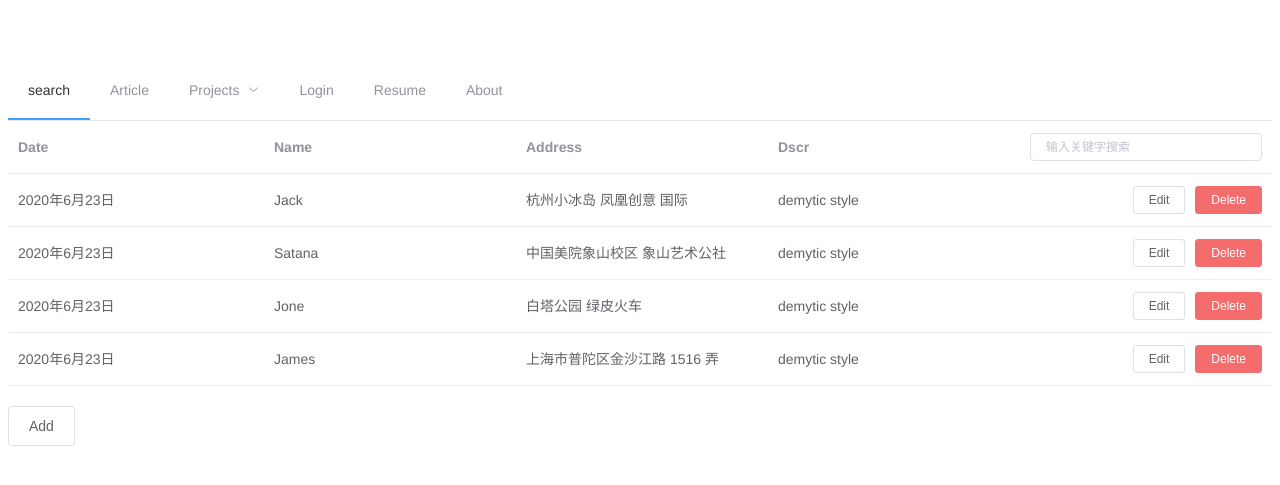
Repository: Cessiia/mihayo-html
Page: /
These files come from the project's save history. The page is drawn as it stood at one moment and after the next save; the edit follows.
The browser window is 1280 px wide. The pictures show the whole page.
The project was rebuilt for these pictures with package versions that can differ from the ones it lists, and the page was loaded fresh each time. Also part of the build but not shown: src/components/Home.vue, src/components/FirstPage.vue, src/components/SecondPage.vue, src/components/HomeComponents/FirstPart.vue, src/components/HomeComponents/SecondPart.vue.

Above is the page before, as saved 2021-04-12 17:14:24.

### src/main.js
// The Vue build version to load with the `import` command
// (runtime-only or standalone) has been set in webpack.base.conf with an alias.
import Vue from "vue";
import App from "./App";
import router from "./router";
import ElementUI from "element-ui"; //New Added
import "element-ui/lib/theme-chalk/index.css"; //New Added

Vue.config.productionTip = false;
Vue.use(ElementUI); //New Added

/* eslint-disable no-new */
new Vue({
  el: "#app",
  router,
  components: { App },
  template: "<App/>"
});

### src/App.vue
<template>
  <div id="app">
    <mynavbar></mynavbar>
    <router-view />
  </div>
</template>

<script>
import mynavbar from "./components/AppComponents/Navbar.vue";
export default {
  name: "App",
  components: {
    mynavbar
  }
};
</script>

<style>
#app {
  font-family: "Avenir", Helvetica, Arial, sans-serif;
  -webkit-font-smoothing: antialiased;
  -moz-osx-font-smoothing: grayscale;
  text-align: center;
  color: #2c3e50;
  margin-top: 60px;
}
</style>

### src/router/index.js
import Vue from 'vue'
import Router from 'vue-router'
import HelloWorld from '@/components/HelloWorld'
import Home from '@/components/Home'
import FirstPage from '@/components/FirstPage'
import SecondPage from '@/components/SecondPage'
import FirstPart from '@/components/HomeComponents/FirstPart'
import SecondPart from '@/components/HomeComponents/SecondPart'

Vue.use(Router)

export default new Router({
  routes: [
    {
      path: '/',
      name: 'HelloWorld',
      component: HelloWorld
    },
    {
      path: '/Home',
      name: 'Home',
      component: Home,
      children: [
        {
        path: '/',
        name: 'FirstPart',
        component: FirstPart
        },
        {
        path: 'SecondPart',
        name: 'SecondPart',
        component: SecondPart
        }
        ]
    },
    {
      path: '/FirstPage',
      name: 'FirstPage',
      component: FirstPage
    },
    {
      path: '/SecondPage',
      name: 'SecondPage',
      component: SecondPage
    }
  ]
})

### src/components/AppComponents/Navbar.vue
<template>
  <div>
    <el-menu
      theme="dark"
      :default-active="activeIndex"
      class="el-menu-demo"
      mode="horizontal"
      @select="handleSelect"
    >
      <el-menu-item index="1">search</el-menu-item>
      <el-menu-item index="2">Article</el-menu-item>
      <el-submenu index="3">
        <template slot="title">Projects</template>
        <el-menu-item index="3-1">Shiny</el-menu-item>
        <el-menu-item index="3-2">LearnVue</el-menu-item>
        <el-menu-item index="4-3">OtherProject</el-menu-item>
      </el-submenu>
      <el-menu-item index="4">Login</el-menu-item>
      <el-menu-item index="5">Resume</el-menu-item>
      <el-menu-item index="6">About</el-menu-item>
    </el-menu>
  </div>
</template>
<script>
export default {
  data() {
    return {
      activeIndex: "1",
      activeIndex2: "1"
    };
  },
  methods: {
    handleSelect(key, keyPath) {
      console.log(key, keyPath);
    }
  }
};
</script>

### src/components/HelloWorld.vue
<template>
  <div>
    <el-table
      :data="tableData.filter(data => !search || data.name.toLowerCase().includes(search.toLowerCase()))"
      style="width: 100%"
    >
      <el-table-column label="Date" prop="date">
        <template slot-scope="scope">
          <!-- <el-date-picker v-model="scope.row.date" type="datetime" placeholder="选择日期时间"></el-date-picker> -->
          {{fomatDate(scope.row.date)}}
        </template>
      </el-table-column>
      <el-table-column label="Name" prop="name"></el-table-column>
      <el-table-column label="Address" prop="address"></el-table-column>
      <el-table-column label="Dscr" prop="desr"></el-table-column>
      <el-table-column align="right">
        <template slot="header">
          <el-input v-model="search" size="mini" placeholder="输入关键字搜索" />
        </template>
        <template slot-scope="scope">
          <el-button size="mini" @click="handleEdit(scope.$index, scope.row)">Edit</el-button>
          <el-button size="mini" type="danger" @click="handleDelete(scope.$index, scope.row)">Delete</el-button>
        </template>
      </el-table-column>
    </el-table>
    <div>
      <el-dialog :visible.sync="showDialog">
        <el-form :model="stu" label-width="100px" style="width:350px">
          <el-form-item label="Date">
            <el-date-picker v-model="stu.date" type="datetime" placeholder="select date please"></el-date-picker>
          </el-form-item>
          <el-form-item label="Name">
            <el-input v-model="stu.name"></el-input>
          </el-form-item>
          <el-form-item label="Address">
            <el-input v-model="stu.address"></el-input>
          </el-form-item>
          <el-form-item label="Dscr">
            <el-input v-model="stu.desr"></el-input>
          </el-form-item>
        </el-form>
        <span slot="footer" class="dialog-footer">
          <el-button @click="isShowDialog()">cancle</el-button>
          <el-button v-show="!isEdit" type="primary" @click="editStu()">submit</el-button>
          <el-button v-show="isEdit" type="primary" @click="addStu()">submit</el-button>
        </span>
      </el-dialog>
    </div>
    <div style="margin-top: 20px" align="left">
      <el-button @click="handleAdd()">Add</el-button>
    </div>
  </div>
</template>

<script>
export default {
  data() {
    return {
      showDialog: false,
      isEdit: false,
      index: 0,
      stu: {
        date: null,
        name: "",
        address: "",
        desr: ""
      },
      tableData: [
        {
          date: 1592896086587,
          name: "Jack",
          address: "杭州小冰岛 凤凰创意 国际",
          desr: "demytic style"
        },
        {
          date: 1592896086587,
          name: "Satana",
          address: "中国美院象山校区 象山艺术公社",
          desr: "demytic style"
        },
        {
          date: 1592896086587,
          name: "Jone",
          address: "白塔公园 绿皮火车",
          desr: "demytic style"
        },
        {
          date: 1592896086587,
          name: "James",
          address: "上海市普陀区金沙江路 1516 弄",
          desr: "demytic style"
        }
      ],
      search: ""
    };
  },
  methods: {
    handleAdd(index, row) {
      this.isEdit = true;
      this.stu = this.$options.data().stu;
      this.isShowDialog();
    },
    handleEdit(index, row) {
      this.isEdit = false;
      this.isShowDialog();
      this.stu = row;
      this.index = index;
    },
    handleDelete(index, row) {
      this.tableData.splice(index, 1);
    },
    editStu() {
      this.tableData.splice(this.index, 1, this.stu);
      this.isShowDialog();
    },
    isShowDialog() {
      this.showDialog = !this.showDialog;
    },
    addStu() {
      this.tableData.push(this.stu);
      this.isShowDialog();
      return;
    },
    queryStu() {},
    fomatDate(time) {
      var d = new Date(time);
      // return d.getFullYear() + '年' + (d.getMonth() + 1) + '月' + d.getDate() + '日 '+d.getHours()+':'+d.getMinutes()+":"+d.getSeconds();
      return (
        d.getFullYear() + "年" + (d.getMonth() + 1) + "月" + d.getDate() + "日 "
      );
    }
  }
};
</script>

Loaded but not shown: index.html (common file)

After the next save:
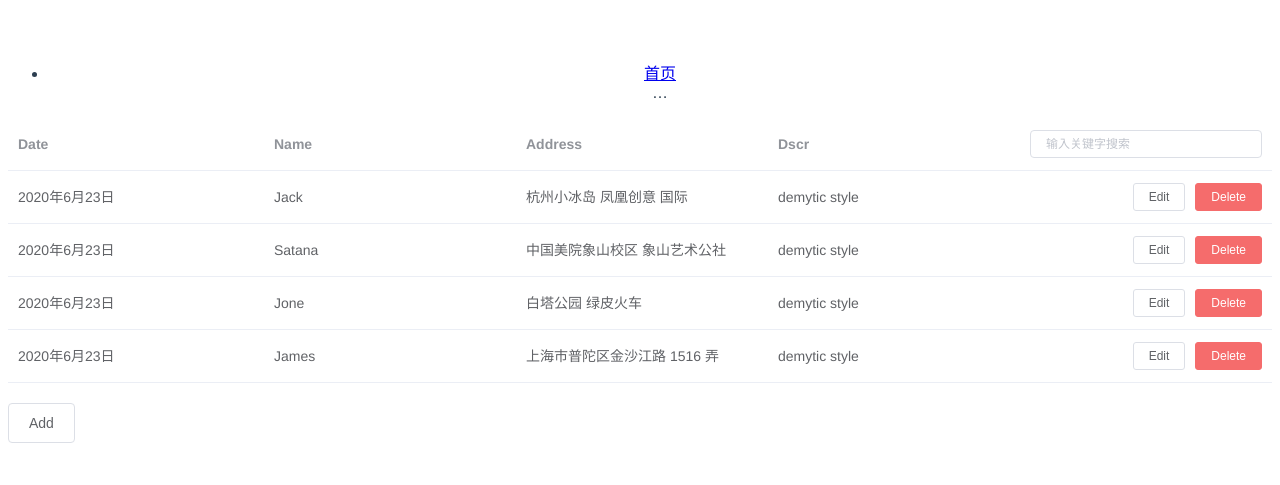
Saved 2 min 30 s later.
--- a/src/components/AppComponents/Navbar.vue
+++ b/src/components/AppComponents/Navbar.vue
@@ -1,5 +1,5 @@
 <template>
-  <div>
+  <!-- <div>
     <el-menu
       theme="dark"
       :default-active="activeIndex"
@@ -19,6 +19,13 @@
       <el-menu-item index="5">Resume</el-menu-item>
       <el-menu-item index="6">About</el-menu-item>
     </el-menu>
+  </div>-->
+  <div class="navbar">
+    <ul>
+      <li>
+        <a href="/">首页</a>
+      </li>…
+    </ul>
   </div>
 </template>
 <script>

After the 2 saves that followed:
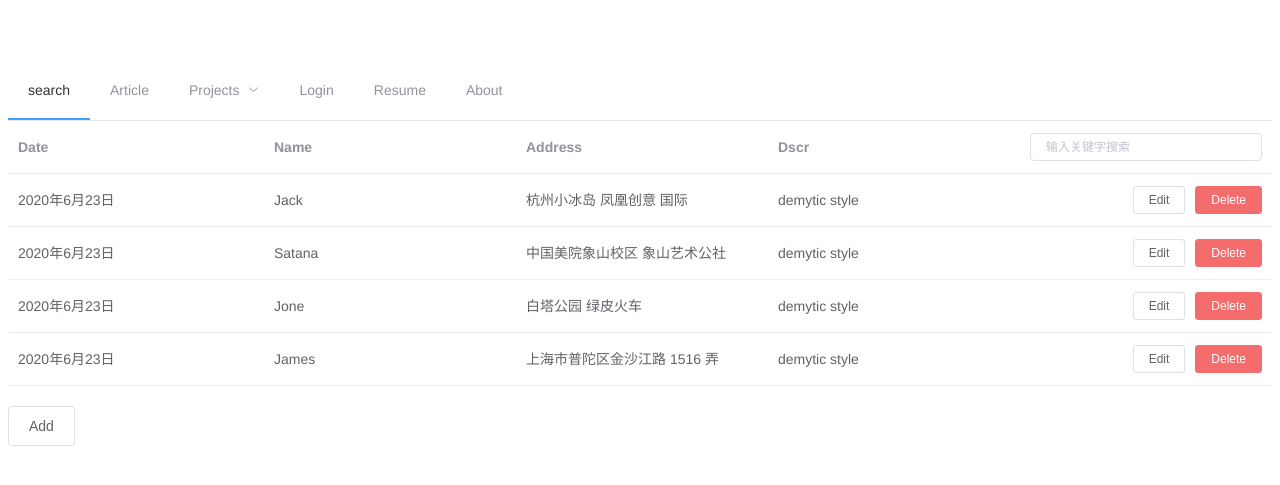
The 2 saves are shown as one change because 1 left the picture as it was.
The last was saved 34 s later.
--- a/src/components/AppComponents/Navbar.vue
+++ b/src/components/AppComponents/Navbar.vue
@@ -1,5 +1,5 @@
 <template>
-  <!-- <div>
+  <div>
     <el-menu
       theme="dark"
       :default-active="activeIndex"
@@ -19,13 +19,6 @@
       <el-menu-item index="5">Resume</el-menu-item>
       <el-menu-item index="6">About</el-menu-item>
     </el-menu>
-  </div>-->
-  <div class="navbar">
-    <ul>
-      <li>
-        <a href="/">首页</a>
-      </li>…
-    </ul>
   </div>
 </template>
 <script>
